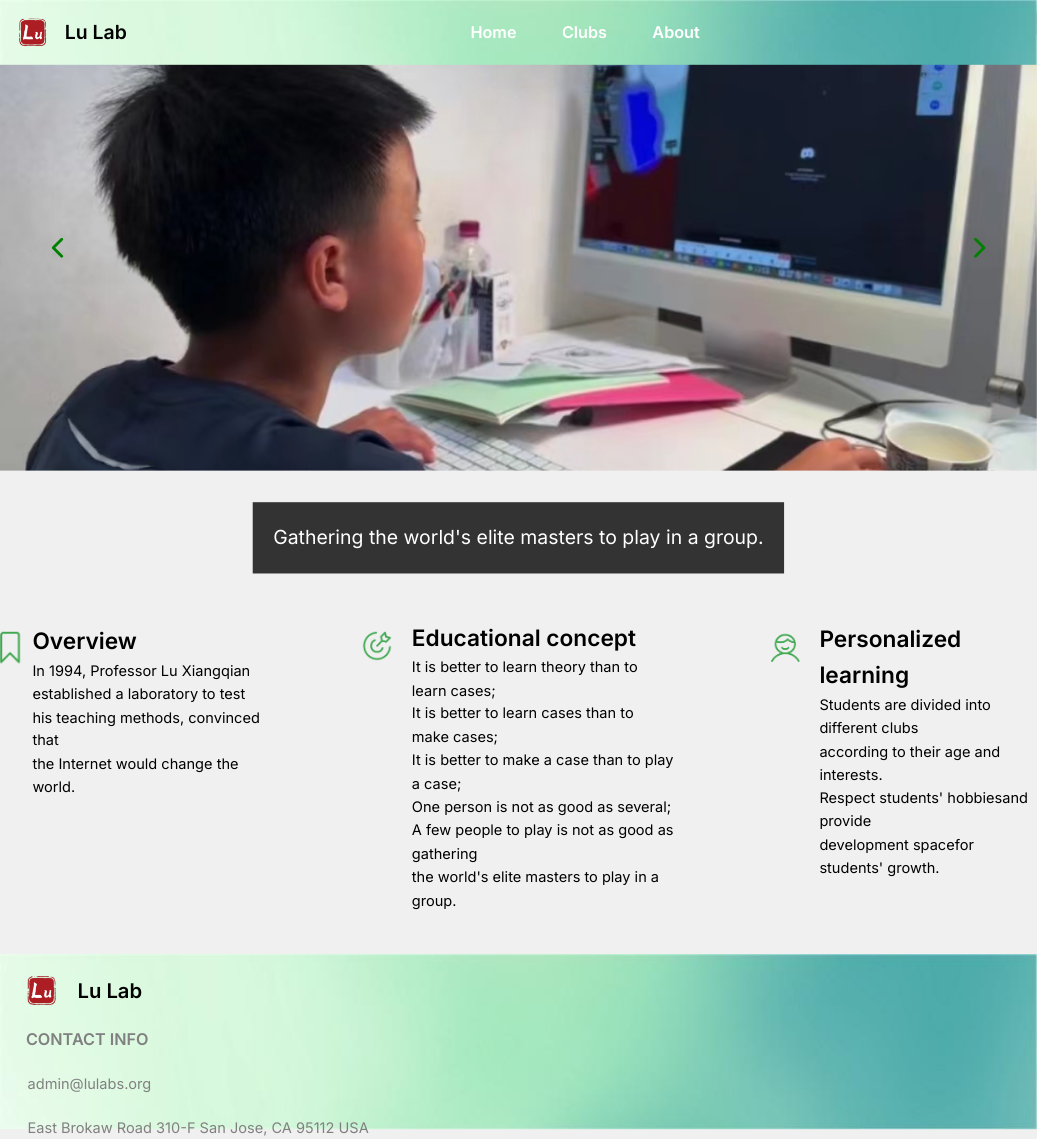
Repository: proflulab/lulab_website_next_js
Page: /
An editor plug-in stored every save of this project. The page is shown before and after the next save, followed by the edit.
The browser window is 1280 px wide. The pictures show the whole page, at 81% of full size.
The project was rebuilt for these pictures with package versions that can differ from the ones it lists, and the page was loaded fresh each time. The framework's server and built-in components were replaced by stand-ins that run in the browser. Also part of the build but not shown: next.config.js, next.config.mjs.

Above is the page before, as saved 2023-12-27 21:09:02.

### app/layout.tsx
import type { Metadata } from "next";
import { Inter } from "next/font/google";
import "./globals.css";

const inter = Inter({ subsets: ["latin"] });

export const metadata: Metadata = {
  title: "Lu Lab",
  description: "Lu Lab",
};

export default function RootLayout({
  children,
}: {
  children: React.ReactNode;
}) {
  return (
    <html lang="en">
      <body className={inter.className}>{children}</body>
    </html>
  );
}

### app/page.tsx
"use client";
import "./globals.css"; // 引入全局 CSS 文件

import React, { useState, useEffect, useRef } from "react";
import { FontAwesomeIcon } from "@fortawesome/react-fontawesome";
import {
  faChevronLeft,
  faChevronRight,
} from "@fortawesome/free-solid-svg-icons";
import Image from "next/image";

import Navbar from "./title/page";
import End from "./title/end";

// export default Navbar;

const Home: React.FC = () => {
  const [images, setImages] = useState<string[]>([]);
  const [currentImageIndex, setCurrentImageIndex] = useState<number>(0);

  useEffect(() => {
    const imageUrls = ["image3.jpg", "xueyuan.jpg", "image1.jpg"];
    setImages(imageUrls);
  }, []);

  useEffect(() => {
    const interval = setInterval(() => {
      setCurrentImageIndex((prevIndex) =>
        prevIndex === images.length - 1 ? 0 : prevIndex + 1
      );
    }, 5000);

    return () => clearInterval(interval);
  }, [images]);

  const showNextImage = () => {
    setCurrentImageIndex((prevIndex) =>
      prevIndex === images.length - 1 ? 0 : prevIndex + 1
    );
  };

  const showPreviousImage = () => {
    setCurrentImageIndex((prevIndex) =>
      prevIndex === 0 ? images.length - 1 : prevIndex - 1
    );
  };
  const [windowWidth, setWindowWidth] = useState<number>(0);

  const [isMobile, setIsMobile] = useState<boolean>(false);

  useEffect(() => {
    const handleResize = () => {
      const width = window.innerWidth;
      setIsMobile(width <= 768);
    };

    handleResize(); // 初始化时调用一次，设置初始的 isMobile 值

    window.addEventListener("resize", handleResize);

    return () => {
      window.removeEventListener("resize", handleResize);
    };
  }, []); // 空数组作为依赖，确保只在组件挂载时执行一次

  return (
    <>
      <Navbar />
      <div
        style={{
          display: "flex",
          flexDirection: "column",
          alignItems: "center",
        }}
      >
        <div
          style={{
            position: "relative",
            width: "100%",
            height: "85vh",
            maxWidth: "100%",
            maxHeight: "85vh",
          }}
        >
          {images.length > 0 && (
            // eslint-disable-next-line @next/next/no-img-element
            <img
              src={images[currentImageIndex]}
              alt={`Image ${currentImageIndex + 1}`}
              style={{
                width: "100%",
                height: "95%",
                objectFit: "cover",
                ...(isMobile
                  ? {
                      height: "75vh",
                      width: "100%",
                      objectFit: "cover",
                    }
                  : {}),
              }}
            />
          )}
          <div
            style={{
              position: "absolute",
              top: "50%",
              transform: "translateY(-50%)",
              left: "5%",
              right: "5%",
              display: "flex",
              justifyContent: "space-between",
            }}
          >
            <button
              onClick={showPreviousImage}
              style={{ color: "green", fontWeight: "bold", fontSize: "28px" }}
            >
              <FontAwesomeIcon icon={faChevronLeft} />
            </button>
            <button
              onClick={showNextImage}
              style={{ color: "green", fontWeight: "bold", fontSize: "28px" }}
            >
              <FontAwesomeIcon icon={faChevronRight} />
            </button>
          </div>
        </div>

        <div
          style={{
            position: "absolute",
            top: isMobile ? "400px" : "620px",
            justifyContent: "space-between",

            backgroundColor: "#333333",
            color: "#fff",
            padding: "25px",
            zIndex: 1,
            width: isMobile ? "80%" : "auto", // 根据屏幕大小更新宽度
          }}
        >
          <p style={{ fontSize: isMobile ? "20px" : "24px" }}>
            Gathering the world&apos;s elite masters to play in a group.
          </p>
        </div>

        <div
          style={{
            fontWeight: "bold",
            fontSize: "45px",
            color: "#000000",
            textAlign: "center",
            marginTop: "40px",
            marginBottom: "40px",
          }}
        >
          Welcome to Lu Lab
        </div>
        {isMobile && (
          <>
            <div
              style={{
                marginBottom: "20px",
                display: "flex",
                alignItems: "flex-start",
              }}
            >
              <Image
                src="/Overview.png"
                alt=""
                width={25}
                height={35}
                style={{ marginLeft: "-30px" }}
              />
              <div style={{ marginLeft: "15px" }}>
                <p
                  style={{
                    fontSize: "28px",
                    fontWeight: "600",
                    marginBottom: "5px",
                    marginTop: "-5px",
                  }}
                >
                  Overview
                </p>
                <p
                  style={{
                    fontSize: "18px",
                    fontWeight: "400",
                    lineHeight: "1.5",
                  }}
                >
                  In 1994, Professor Lu Xiangqian
                  <br /> established a laboratory to test
                  <br />
                  his teaching methods, convinced that
                  <br /> the Internet would change the world. <br />
                </p>
              </div>
            </div>

            <div
              style={{
                marginBottom: "20px",
                display: "flex",
                alignItems: "flex-start",
              }}
            >
              <Image
                src="/Edu.png"
                alt=""
                width={35}
                height={35}
                style={{ marginLeft: "35px" }}
              />
              <div style={{ marginLeft: "15px" }}>
                <p
                  style={{
                    fontSize: "28px",
                    fontWeight: "600",
                    marginBottom: "5px",
                    marginTop: "-5px",
                  }}
                >
                  Educational concept
                </p>
                <p
                  style={{
                    fontSize: "18px",
                    fontWeight: "400",
                    lineHeight: "1.5",
                  }}
                >
                  It is better to learn theory than to learn cases;
                  <br />
                  It is better to learn cases than to make cases;
                  <br />
                  It is better to make a case than to play a case;
                  <br />
                  One person is not as good as several;
                  <br />
                  A few people to play is not as good as gathering
                  <br />
                  the world&apos;s elite masters to play in a group.
                </p>
              </div>
            </div>

            <div
              style={{
                marginBottom: "20px",
                display: "flex",
                alignItems: "flex-start",
              }}
            >
              <Image
                src="/Person.png"
                alt=""
                width={35}
                height={35}
                style={{ marginLeft: "-15px" }}
              />
              <div style={{ marginLeft: "15px" }}>
                <p
                  style={{
                    fontSize: "28px",
                    fontWeight: "600",
                    marginBottom: "5px",
                    marginTop: "-5px",
                  }}
                >
                  Personalized learning
                </p>
                <p
                  style={{
                    fontSize: "18px",
                    fontWeight: "400",
                    lineHeight: "1.5",
                  }}
                >
                  Students are divided into different clubs
                  <br />
                  according to their age and interests.
                  <br />
                  Respect students&apos; hobbies and provide
                  <br />
                  development space for students&apos; growth.
                </p>
              </div>
            </div>
          </>
        )}

        {!isMobile && (
          <div
            style={{
              display: "flex",
              justifyContent: "left",
              marginTop: "20px",
            }}
          >
            <div style={{ flex: "1.2", marginRight: "120px" }}>
              <Image src="/Overview.png" alt="" width={25} height={35} />
              <div style={{ marginLeft: "40px" }}>
                <p
                  style={{
                    color: "black",
                    fontSize: "28px",
                    fontWeight: "600",
                    marginTop: "-50px",
                    textAlign: "left",
                  }}
                >
                  Overview
                </p>
                <p
                  style={{
                    color: "black",
                    fontSize: "18px",
                    fontWeight: "400",
                    textAlign: "left",
                  }}
                >
                  In 1994, Professor Lu Xiangqian
                  <br /> established a laboratory to test
                  <br />
                  his teaching methods, convinced that
                  <br /> the Internet would change the world. <br />
                </p>
              </div>
            </div>
            <div style={{ flex: "1.4", marginRight: "90px" }}>
              {" "}
              {/* 将 Edu 部分的 flex 值调整为 1.5 */}
              <Image src="/Edu.png" alt="" width={35} height={35} />
              <div style={{ marginLeft: "60px" }}>
                <p
                  style={{
                    color: "black",
                    fontSize: "28px",
                    fontWeight: "600",
                    marginTop: "-50px",
                    textAlign: "left",
                  }}
                >
                  Educational concept
                </p>
                <p
                  style={{
                    color: "black",
                    fontSize: "18px",
                    fontWeight: "400",
                    textAlign: "left",
                  }}
                >
                  It is better to learn theory than to learn cases;
                  <br /> It is better to learn cases than to make cases;
                  <br /> It is better to make a case than to play a case;
                  <br /> One person is not as good as several;
                  <br /> A few people to play is not as good as gathering
                  <br /> the world&apos;s elite masters to play in a group.
                </p>
              </div>
            </div>
            <div style={{ flex: "1.2", marginLeft: "30px" }}>
              <Image src="/Person.png" alt="" width={35} height={35} />
              <div style={{ marginLeft: "60px" }}>
                <p
                  style={{
                    color: "black",
                    fontSize: "28px",
                    fontWeight: "600",
                    marginTop: "-50px",
                    textAlign: "left",
                  }}
                >
                  Personalized learning
                </p>
                <p
                  style={{
                    color: "black",
                    fontSize: "18px",
                    fontWeight: "400",
                    textAlign: "left",
                  }}
                >
                  Students are divided into different clubs
                  <br /> according to their age and interests.
                  <br /> Respect students&apos; hobbiesand provide
                  <br /> development spacefor students&apos; growth.
                </p>
              </div>
            </div>
          </div>
        )}

        <hr
          style={{
            marginBottom: "50px",
          }}
        />
        <End />
      </div>
    </>
  );
};

export default Home;

### app/globals.css
@tailwind base;
@tailwind components;
@tailwind utilities;
/* 全局样式 */
body {
  font-family: Arial, sans-serif;
  margin: 0;
  padding: 0;
  background-color: #f0f0f0;
  color: #333;
}

h1 {
  font-size: 2em;
  margin-bottom: 20px;
}

p {
  font-size: 16px;
  line-height: 1.5;
}

/* 媒体查询 */
/* 在小屏幕上应用的样式 */
/* globals.css 或者其他全局CSS文件 */
/* 在文件中添加媒体查询样式 */

/* 较小屏幕尺寸下调整内容位置 */
@media (max-width: 768px) {
  .additional-content {
    top: 550px; /* 调整顶部位置 */
    padding: 15px; /* 调整内边距 */
  }
}

/* 更小屏幕尺寸下调整内容位置 */
@media (max-width: 480px) {
  .additional-content {
    top: 500px; /* 更进一步调整顶部位置 */
    padding: 10px; /* 更进一步调整内边距 */
  }
}

/* 更多媒体查询和样式 */

@media (max-width: 768px) {
  body {
    font-size: 14px;
  }

  h1 {
    font-size: 1.5em;
    margin-bottom: 15px;
  }

  p {
    font-size: 14px;
    line-height: 1.4;
  }
}

/* 在更小的屏幕上应用的样式 */
@media (max-width: 480px) {
  body {
    font-size: 12px;
  }

  h1 {
    font-size: 1.2em;
    margin-bottom: 10px;
  }

  p {
    font-size: 12px;
    line-height: 1.3;
  }
}

/* 在大屏幕上应用的样式 */
@media (min-width: 1200px) {
  body {
    font-size: 18px;
  }

  h1 {
    font-size: 2.5em;
    margin-bottom: 25px;
  }

  p {
    font-size: 18px;
    line-height: 1.6;
  }
}

/* 更多自定义样式和媒体查询可以按需添加 */

### app/title/end.tsx
"use client";
import Link from "next/link";
import { useState, useEffect, useRef } from "react";
import Image from "next/image";
const End: React.FC = () => {
  return (
    <div style={{ position: "relative" }}>
      <Image src="/title.jpg" alt="" height="230" width="1700" />
      <div
        style={{
          position: "absolute",
          top: "20px",
          left: "2%",
          display: "flex",
          alignItems: "center",
        }}
      >
        <Image src="/logo.png" alt="" height="50" width="50" />
        <p
          style={{
            color: "black",
            fontSize: "25px",
            fontWeight: "600",
            marginLeft: "20px",
          }}
        >
          Lu Lab
        </p>
      </div>
      <div
        style={{
          position: "absolute",
          top: "90px",
          left: "2.5%",
          textAlign: "left",
        }}
      >
        <div
          style={{
            color: "grey",
            fontSize: "20px",
            fontWeight: "600",
          }}
        >
          CONTACT INFO
        </div>
        <div
          style={{
            color: "grey",
            fontSize: "18px",
            fontWeight: "400",
            marginLeft: "2px",
            textAlign: "left",
          }}
        >
          <br />
          admin@lulabs.org
          <br />
          <br />
          East Brokaw Road 310-F San Jose, CA 95112 USA <br />
        </div>
      </div>
    </div>
  );
};
export default End;

Loaded but not shown: tailwind.config.ts (common file); app/title/page.tsx (272 lines, source omitted)

After the next save:
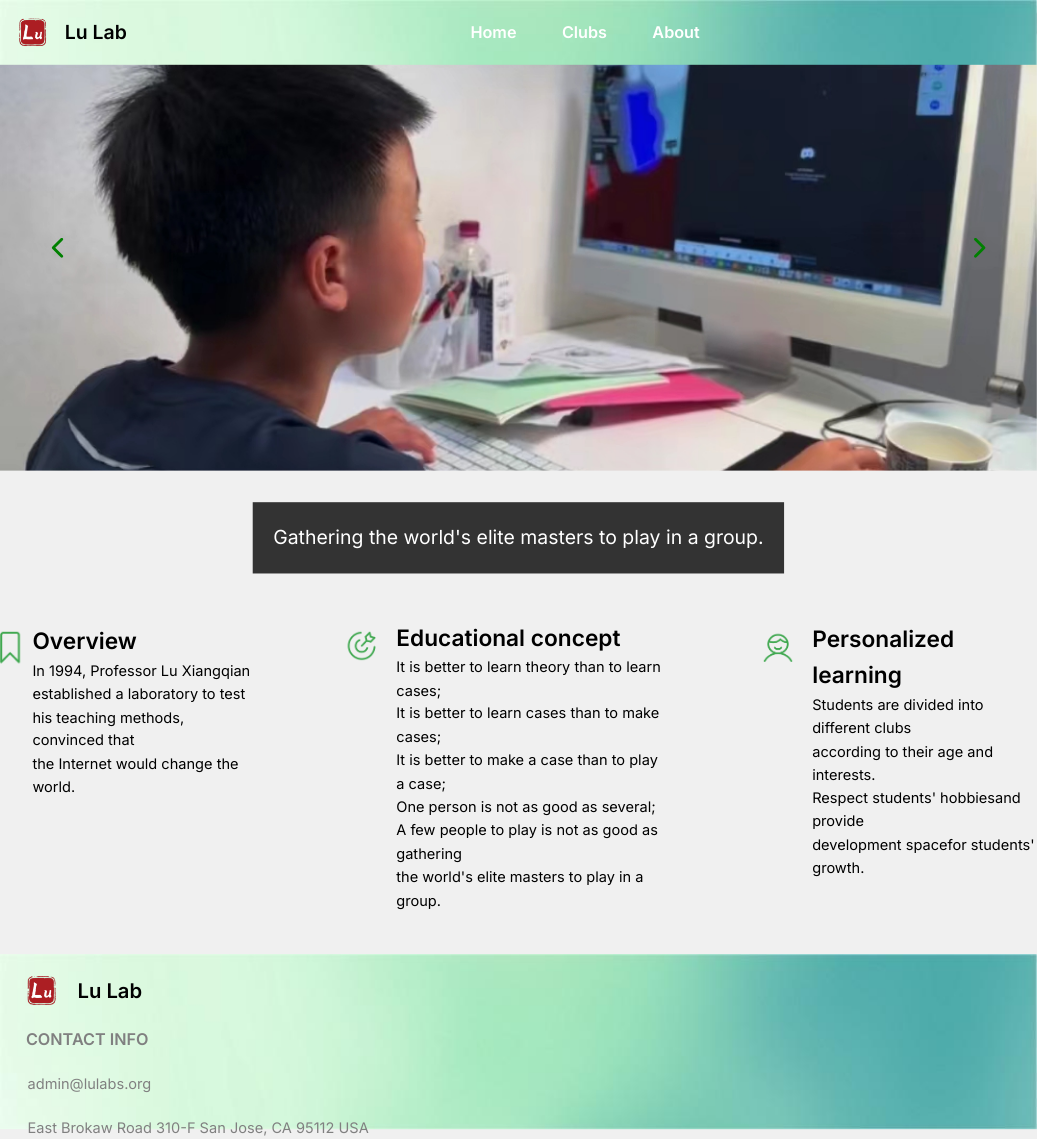
Saved 7 s later.
--- a/app/page.tsx
+++ b/app/page.tsx
@@ -300,7 +300,7 @@ const Home: React.FC = () => {
               marginTop: "20px",
             }}
           >
-            <div style={{ flex: "1.2", marginRight: "120px" }}>
+            <div style={{ flex: "1.1", marginRight: "120px" }}>
               <Image src="/Overview.png" alt="" width={25} height={35} />
               <div style={{ marginLeft: "40px" }}>
                 <p
